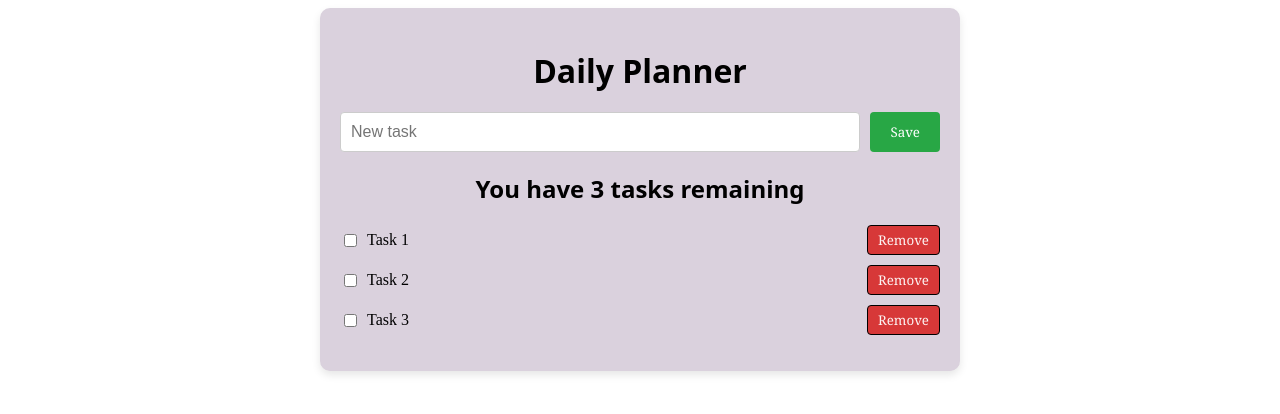
Repository: k8ANStar/lab04-daily-planner
Page: /
These files come from the project's save history. The page is drawn as it stood at one moment and after a run of saves; the edit follows.
The browser window is 1280 px wide. The pictures show the whole page.
The project was rebuilt for these pictures with package versions that can differ from the ones it lists, and the page was loaded fresh each time. Also part of the build but not shown: vite.config.js.

Above is the page before, as saved 2024-10-13 12:42:15.

After the next 4 saves:
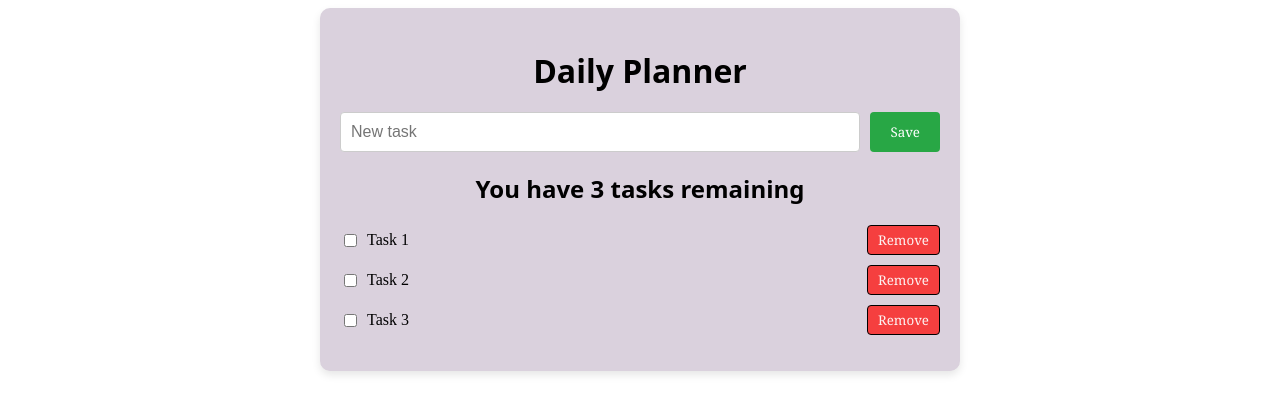
The 4 saves are shown as one change because they came seconds apart.
The last was saved 21 s later.
--- a/src/App.css
+++ b/src/App.css
@@ -71,7 +71,7 @@ h2 {
 
 .remove-btn {
 	padding: 5px 10px;
-	background-color: #d73838;
+	background-color: #f53f3f;
 	color: rgb(252, 243, 243);
 	border: 1px solid black;
 	border-radius: 4px;
